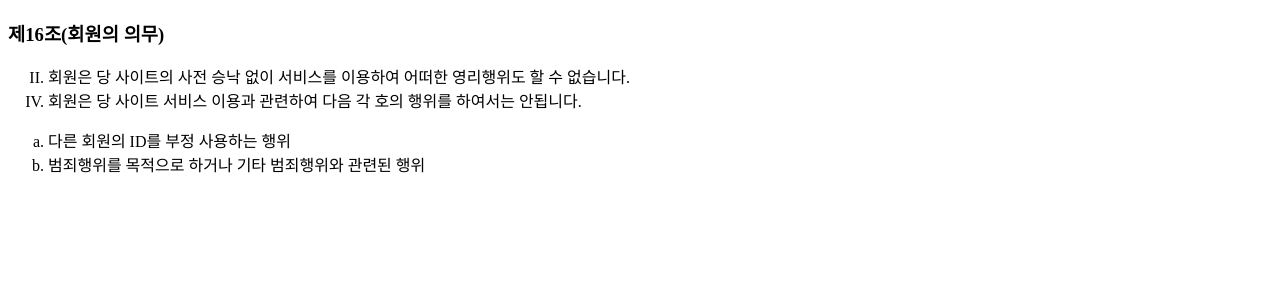
Repository: mingzzang666/study-html
Page: workspace/b_list/src/main/webapp/list-task.html
These files come from the project's save history. The page is drawn as it stood at one moment and after the next save; the edit follows.
The browser window is 1280 px wide. The pictures show the whole page.

Above is the page before, as saved 2025-07-10 03:42:16.

### workspace/b_list/src/main/webapp/list-task.html
<!--
   제16조(회원의 의무)
   II. 회원은 당 사이트의 사전 승낙 없이 서비스를 이용하여 어떠한 영리행위도 할 수 없습니다.
   IV. 회원은 당 사이트 서비스 이용과 관련하여 다음 각 호의 행위를 하여서는 안됩니다.
        a. 다른 회원의 ID를 부정 사용하는 행위
        b. 범죄행위를 목적으로 하거나 기타 범죄행위와 관련된 행위
 -->
<!DOCTYPE html>
<html>
<head>
<meta charset="UTF-8">
<title>리스트 태그 - 실습</title>
</head>
<body>
		<h3>제16조(회원의 의무)</h3>
		<ol type = "I" start = "2">
			<li>회원은 당 사이트의 사전 승낙 없이 서비스를 이용하여 어떠한 영리행위도 할 수 없습니다.</li>
			<li value="4">회원은 당 사이트 서비스 이용과 관련하여 다음 각 호의 행위를 하여서는 안됩니다.</li>
				</ol>
				<ol type = "a" start = "1">
					<li>다른 회원의 ID를 부정 사용하는 행위</li>
					<li>범죄행위를 목적으로 하거나 기타 범죄행위와 관련된 행위</li>
		</ol>
</body>
</html>

After the next save:
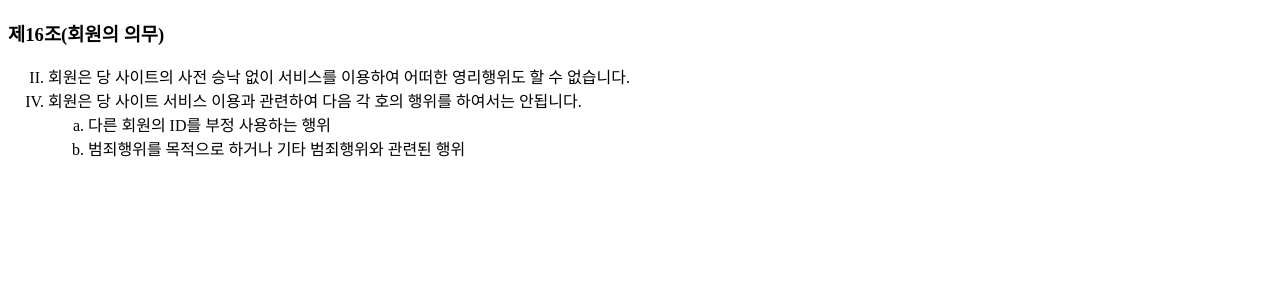
Saved 29 s later.
--- a/workspace/b_list/src/main/webapp/list-task.html
+++ b/workspace/b_list/src/main/webapp/list-task.html
@@ -16,7 +16,6 @@
 		<ol type = "I" start = "2">
 			<li>회원은 당 사이트의 사전 승낙 없이 서비스를 이용하여 어떠한 영리행위도 할 수 없습니다.</li>
 			<li value="4">회원은 당 사이트 서비스 이용과 관련하여 다음 각 호의 행위를 하여서는 안됩니다.</li>
-				</ol>
 				<ol type = "a" start = "1">
 					<li>다른 회원의 ID를 부정 사용하는 행위</li>
 					<li>범죄행위를 목적으로 하거나 기타 범죄행위와 관련된 행위</li>

After the save that followed:
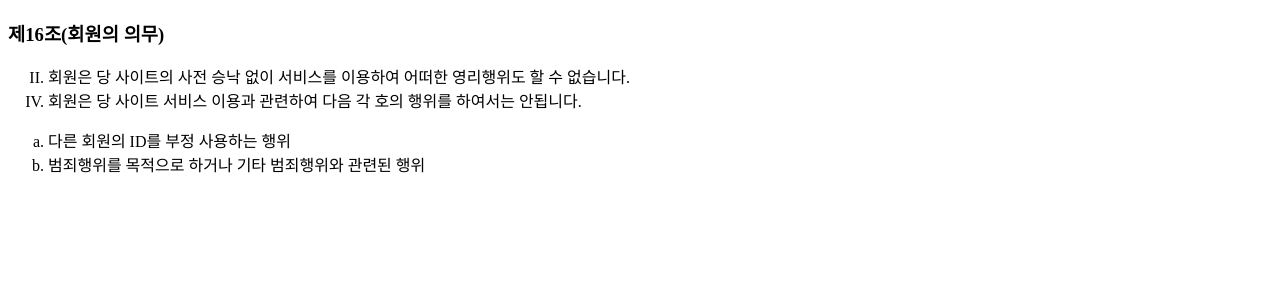
Saved 3 min 3 s later.
--- a/workspace/b_list/src/main/webapp/list-task.html
+++ b/workspace/b_list/src/main/webapp/list-task.html
@@ -16,6 +16,7 @@
 		<ol type = "I" start = "2">
 			<li>회원은 당 사이트의 사전 승낙 없이 서비스를 이용하여 어떠한 영리행위도 할 수 없습니다.</li>
 			<li value="4">회원은 당 사이트 서비스 이용과 관련하여 다음 각 호의 행위를 하여서는 안됩니다.</li>
+		</ol>
 				<ol type = "a" start = "1">
 					<li>다른 회원의 ID를 부정 사용하는 행위</li>
 					<li>범죄행위를 목적으로 하거나 기타 범죄행위와 관련된 행위</li>
